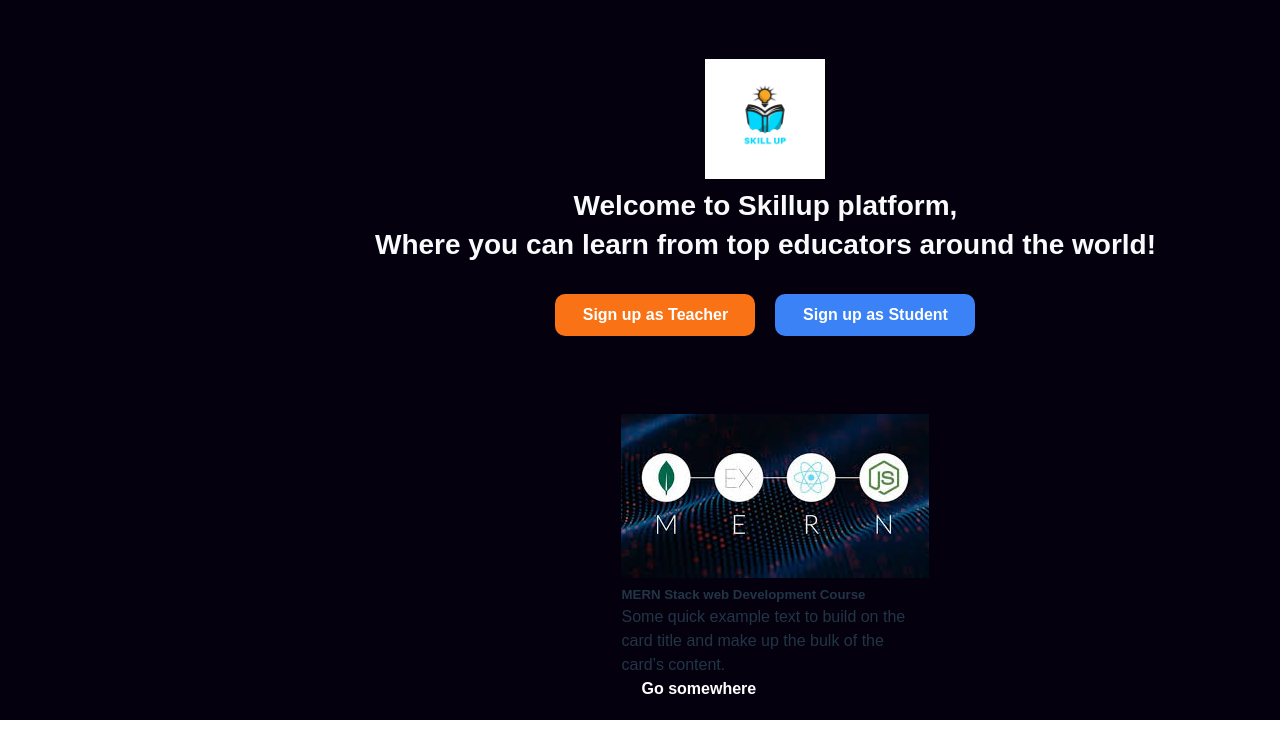
Repository: gowtham-jo/Learning-Management-System
Page: /
An editor plug-in stored every save of this project. The page is shown before and after a run of saves, followed by the edit.
The browser window is 1280 px wide. The page is 1281 px wide, so the pictures cover 1281 px, including what lies to the right of the window. The pictures show the whole page.
The project was rebuilt for these pictures with package versions that can differ from the ones it lists, and the page was loaded fresh each time. Also part of the build but not shown: vite.config.js, src/StudentRegistration.jsx, src/TeacherRegistration.jsx.

Above is the page before, as saved 2026-01-27 19:57:49.

### index.html
<!doctype html>
<html lang="en">
  <head>
    <meta charset="UTF-8" />
    <link rel="icon" type="image/svg+xml" href="/vite.svg" />
    <meta name="viewport" content="width=device-width, initial-scale=1.0" />
    <title>lms</title>
  </head>
  <body>
    <div id="root"></div>
    <script type="module" src="/src/main.jsx"></script>
  </body>
</html>

### src/App.jsx
import React from "react";
import "./App.css";
import Homepage from "./Homepage.jsx";
import { Routes, Route } from "react-router-dom";
import StudentRegistration from "./StudentRegistration.jsx";
import TeacherRegistration from "./TeacherRegistration.jsx";


import { useNavigate } from "react-router-dom";

const App = () => {
  return (
    <Routes>
      <Route path="/" element={<Homepage />} />
      <Route
        path="/student-registration"
        element={<StudentRegistration />}

      />
      <Route path="/teacher-registration" element={<TeacherRegistration />} />
    </Routes>
  );
};

export default App;

### src/index.css
*{
  margin:0;
  padding:0;
  box-sizing: border-box;
}
html,body,#root{
  height:100%;
}
:root {
  font-family: system-ui, Avenir, Helvetica, Arial, sans-serif;
  line-height: 1.5;
  font-weight: 400;

  color-scheme: light dark;
  color: rgba(255, 255, 255, 0.87);
  background-color: #242424;

  font-synthesis: none;
  text-rendering: optimizeLegibility;
  -webkit-font-smoothing: antialiased;
  -moz-osx-font-smoothing: grayscale;
}

a {
  font-weight: 500;
  color: #646cff;
  text-decoration: inherit;
}
a:hover {
  color: #535bf2;
}

body {
  margin: 0;
  display: flex;
  place-items: center;
  min-width: 320px;
  min-height: 100vh;
}

h1 {
  font-size: 3.2em;
  line-height: 1.1;
}

button {
  border-radius: 8px;
  border: 1px solid transparent;
  padding: 0.6em 1.2em;
  font-size: 1em;
  font-weight: 500;
  font-family: inherit;
  background-color: #1a1a1a;
  cursor: pointer;
  transition: border-color 0.25s;
}
button:hover {
  border-color: #646cff;
}
button:focus,
button:focus-visible {
  outline: 4px auto -webkit-focus-ring-color;
}

@media (prefers-color-scheme: light) {
  :root {
    color: #213547;
    background-color: #ffffff;
  }
  a:hover {
    color: #747bff;
  }
  button {
    background-color: #f9f9f9;
  }
}

### src/App.css
body {
  background-color: #05000e;
  font-family: Arial, sans-serif;
}

/* FULL-PAGE CENTERING */
.home-container {
  height: 100%;
  width: 100%;
  margin-top: 20px;
  margin-left:250px;

  display: grid;
  place-items: center; /* PERFECT center (x + y) */
}

/* Inner content wrapper */
.home-content {
  text-align: center;
}

/* Heading */
#heading {
  max-width: 1000px;
  color: #f8fafc;
  font-size: 28px;
  font-weight: 600;
  line-height: 1.4;
  margin-bottom: 30px;
}

/* Buttons */
.buttons {
  display: flex;
  gap: 20px;
  justify-content: center;
}

.btn {
  width: 200px;
  padding: 12px 20px;
  font-size: 16px;
  font-weight: 600;
  color: white;
  border: none;
  border-radius: 10px;
  cursor: pointer;
}

.orange { background-color: #f97316; }
.blue   { background-color: #3b82f6; }
.student-registration{
  display: flex;
  justify-content: center;
  align-items: center;
}
/*student-registration-container styling*/
.page-center {
  display: flex;
  height: 100vh;
  justify-content: center;
  align-items: center;
  width: 100vw;

}
.form-container {
  background-color: black;
  padding: 40px;
  border-radius: 10px;
  box-shadow: 0 4px 6px rgba(0, 0, 0, 0.1);
  width: 400px;
}

### src/Homepage.jsx
import React from "react";
import { useNavigate } from "react-router-dom";
import Skillup from "../src/assets/Skillup.png";
import mern from "./assets/mern.jpg";

const Homepage = () => {
  const navigate = useNavigate();

  return (
    <div className="home-container">
      <div className="home-content">
        <img src={Skillup} alt="Logo" width="120" />
        <div id="heading">
          Welcome to Skillup platform,
          <br />
          Where you can learn from top educators around the world!
        </div>

        <div className="buttons">
          <button
            className="btn orange"
            onClick={() => navigate("/teacher-registration")}
          >
            Sign up as Teacher
          </button>

          <button
            className="btn blue"
            onClick={() => navigate("/student-registration")}
          >
            Sign up as Student
          </button>

        </div>
      </div>
      <div className="card" style={{ width: "18rem" }}>
        <img src={mern} className="card-img-top" alt="..." />
          <div className="card-body">
            <h5 className="card-title">MERN Stack web Development Course</h5>
            <p className="card-text">Some quick example text to build on the card title and make up the bulk of the card’s content.</p>
            <a href="#" className="btn btn-primary">Go somewhere</a>
          </div>
      </div>
    </div>
  );
};

export default Homepage;

Loaded but not shown: src/main.jsx (common file)

After the next 2 saves:
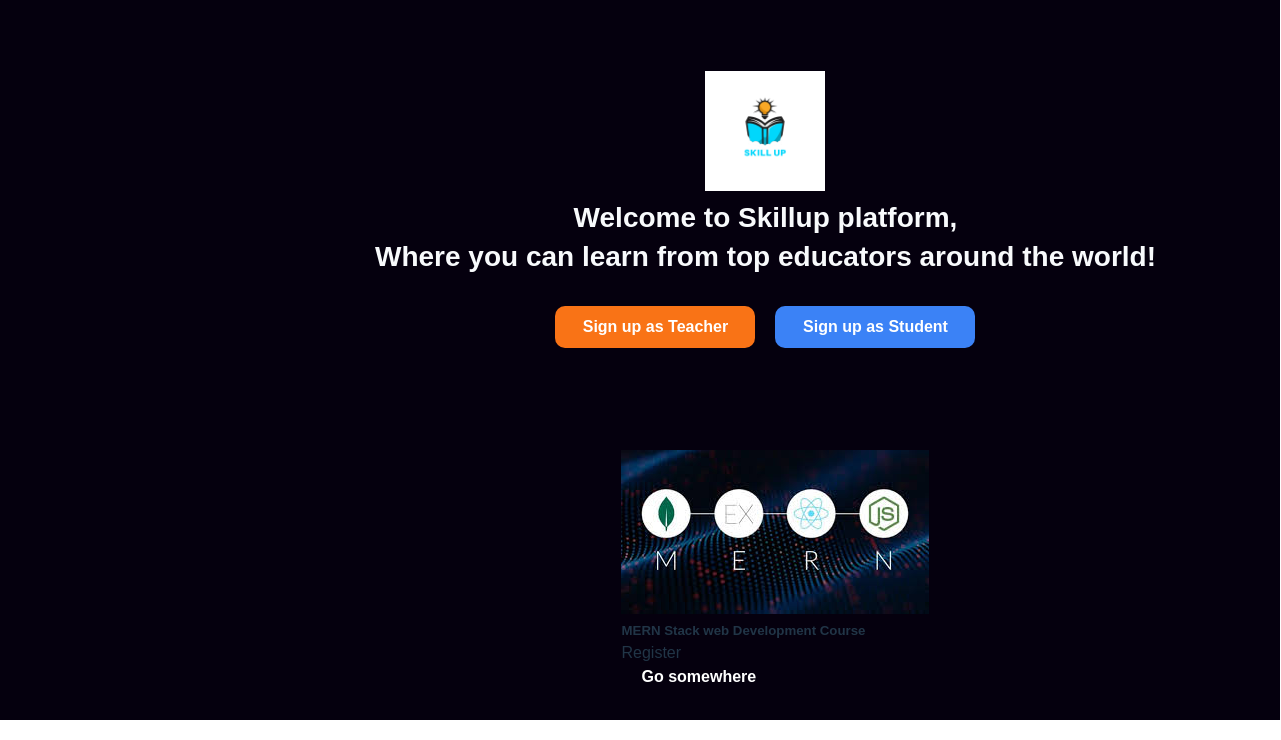
The 2 saves are shown as one change because they came seconds apart.
The last was saved 16 s later.
--- a/src/Homepage.jsx
+++ b/src/Homepage.jsx
@@ -37,7 +37,7 @@ const Homepage = () => {
         <img src={mern} className="card-img-top" alt="..." />
           <div className="card-body">
             <h5 className="card-title">MERN Stack web Development Course</h5>
-            <p className="card-text">Some quick example text to build on the card title and make up the bulk of the card’s content.</p>
+            <p className="card-text">Register </p>
             <a href="#" className="btn btn-primary">Go somewhere</a>
           </div>
       </div>
